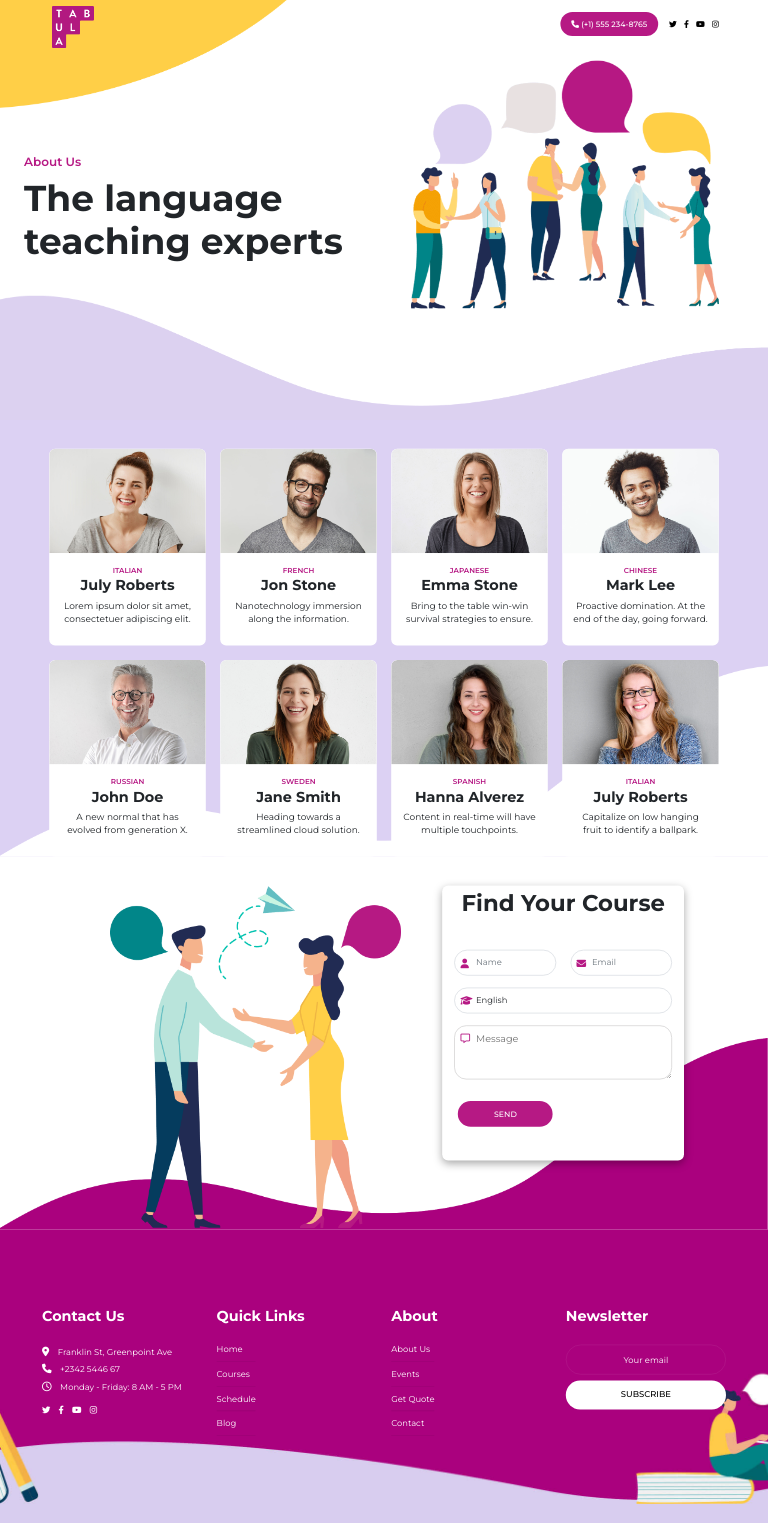
Repository: minhtrivu6199/tabula
Page: index.html
These files come from the project's save history. The page is drawn as it stood at one moment and after the next save; the edit follows.
The browser window is 1280 px wide. The pictures show the whole page, at 60% of full size.
Some web libraries are served in a nearby version. The style sheet was rebuilt from its Sass, Less or Tailwind sources for each picture, by a compiler version that may differ from the author's.

Above is the page before, as saved 2022-09-30 03:46:13.

After the next save:
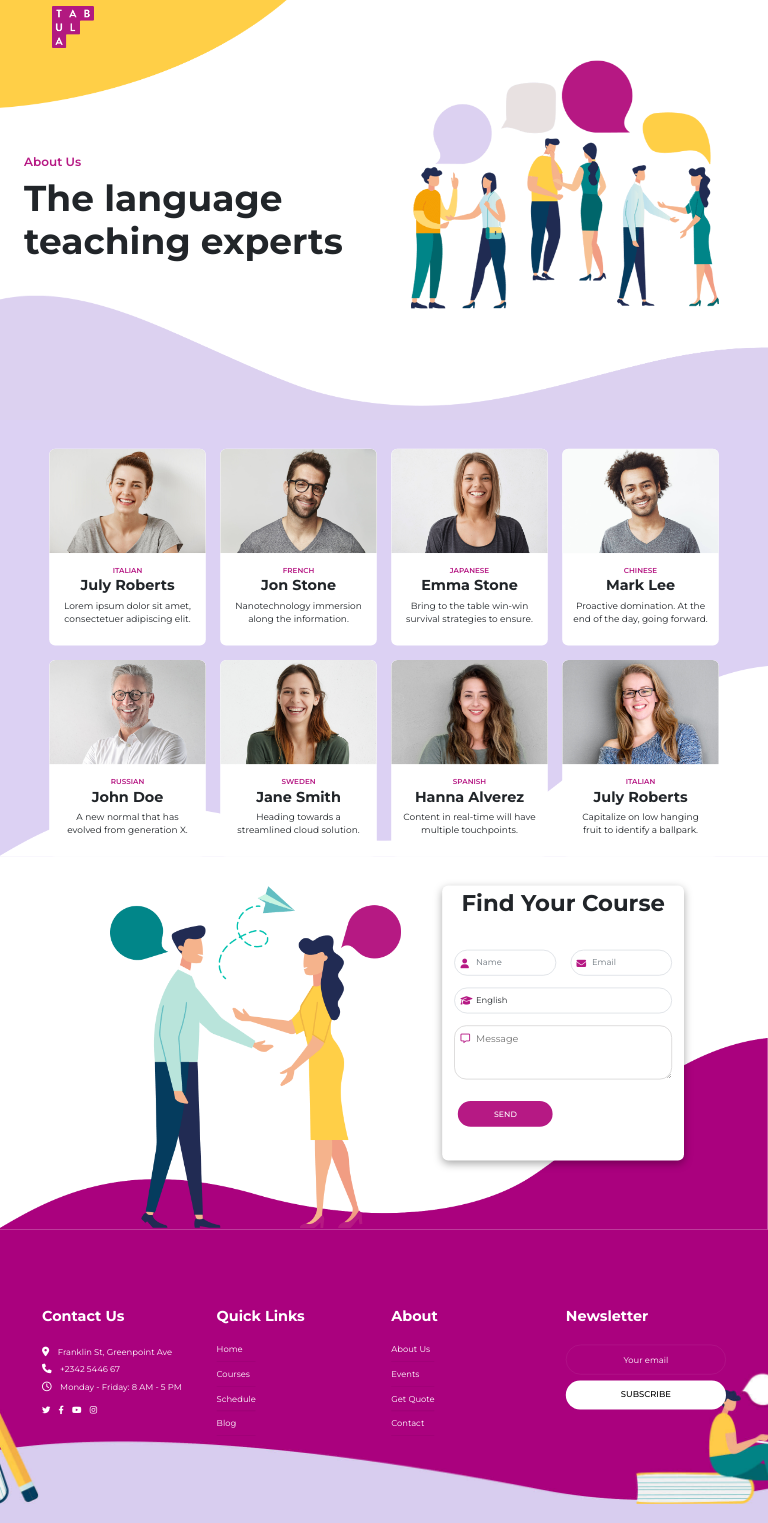
Saved 87 s later.
--- a/index.html
+++ b/index.html
@@ -52,8 +52,8 @@
               <img src="./img/crest.png" alt="" />
             </a>
           </div>
-          <div class="header-right">
-            <div class="header-menu d-md-none">
+          <div class="header-right d-md-none">
+            <div class="header-menu ">
               <ul class="navbar-nav menu">
                 <li class="nav-item">
                   <a href="" class="nav-link"> Home </a>
